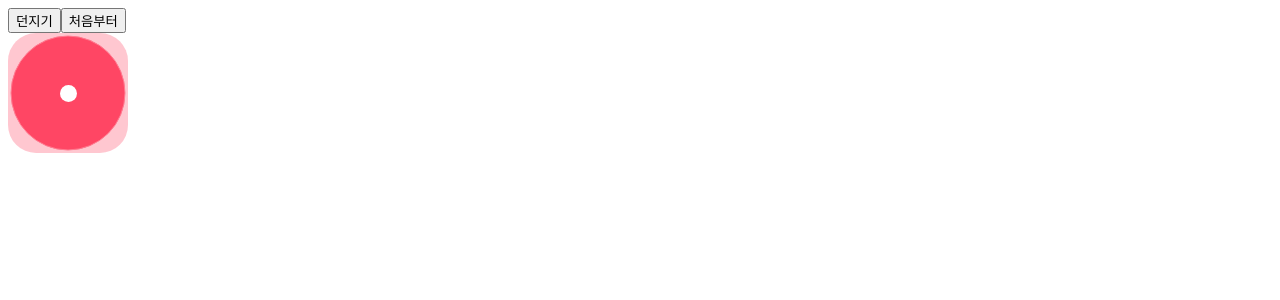
Repository: songjiwon17/React_study
Page: /
The author's editor kept a copy of each file at every save. The page is drawn from the files as they stood at one save, then again after a run of saves.
The browser window is 1280 px wide. The pictures show the whole page.
The project was rebuilt for these pictures with package versions that can differ from the ones it lists, and the page was loaded fresh each time.

Above is the page before, as saved 2023-09-15 20:46:27.

### public/index.html
<!DOCTYPE html>
<html lang="ko">
  <head>
    <meta charset="utf-8" />
    <title>주사위게임</title>
  </head>
  <body>
    <div id="root"></div>
  </body>
</html>

### src/index.js
import ReactDOM from 'react-dom/client';
import Dice from './Dice';
import App from './App';

const root = ReactDOM.createRoot(document.getElementById('root'));
root.render(
    <App></App>
);

### src/Dice.js
import diceBlue01 from "./assets/dice-blue-1.svg";
import diceBlue02 from "./assets/dice-blue-2.svg";
import diceBlue03 from "./assets/dice-blue-3.svg";
import diceBlue04 from "./assets/dice-blue-4.svg";
import diceBlue05 from "./assets/dice-blue-5.svg";
import diceBlue06 from "./assets/dice-blue-6.svg";
import diceRed01 from "./assets/dice-red-1.svg";
import diceRed02 from "./assets/dice-red-2.svg";
import diceRed03 from "./assets/dice-red-3.svg";
import diceRed04 from "./assets/dice-red-4.svg";
import diceRed05 from "./assets/dice-red-5.svg";
import diceRed06 from "./assets/dice-red-6.svg";

const DICE_IMAGES = {
    blue: [diceBlue01, diceBlue02, diceBlue03, diceBlue04, diceBlue05, diceBlue06],
    red: [diceRed01, diceRed02, diceRed03, diceRed04, diceRed05, diceRed06]
};

function Dice({color = "blue" ,num = 1}){
    const src = DICE_IMAGES[color][num -1];
    const alt = `${color} ${num}`;
    return <img src={src} alt={alt}/>;
}
export default Dice;

### src/App.js
import { useState } from "react";
import Button from "./Button";
import Dice from "./Dice";

function random(n){
    return Math.ceil(Math.random() * n);
}

function App(){
    const [num, setNum] = useState(1);
    const [sum, setSum] = useState(0);


    const handleRollClick = ()=>{
        const nextNum = random(6);
        setNum(nextNum);
        setSum(sum + nextNum);
    }
    const handleClearClick = () =>{
        setNum(1);
        setSum(0);
    }

    return(
        <div>
            <div>
                <Button onClick={handleRollClick}>던지기</Button>
                <Button onClick={handleClearClick}>처음부터</Button>
            </div>
            <Dice color="red" num = {num}/>
        </div>
    )
}

export default App;

### src/Button.js
function Button({children ,onClick}){
    return <button onClick={onClick}>{children}</button>
}
export default Button;

After the next 2 saves:
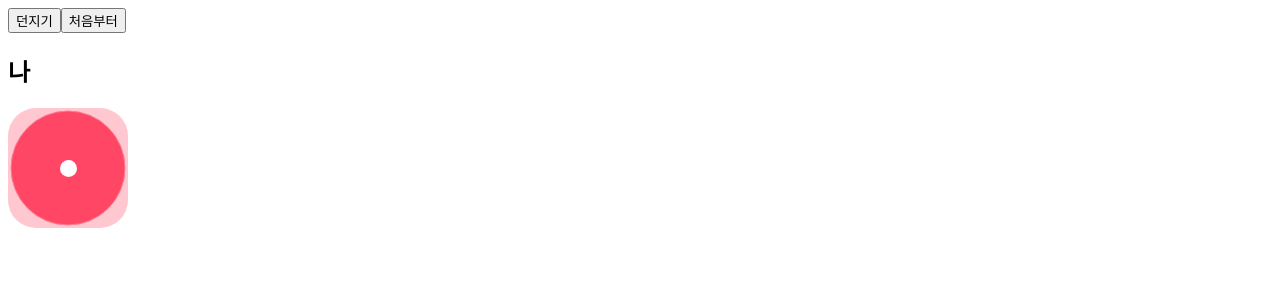
The 2 saves are shown as one change because they came seconds apart.
The last was saved 92 s later.
--- a/src/App.js
+++ b/src/App.js
@@ -27,7 +27,12 @@ function App(){
                 <Button onClick={handleRollClick}>던지기</Button>
                 <Button onClick={handleClearClick}>처음부터</Button>
             </div>
-            <Dice color="red" num = {num}/>
+            <div>
+                <h2>나</h2>
+                <Dice color="red" num = {num}/>
+
+            </div>
+
         </div>
     )
 }
